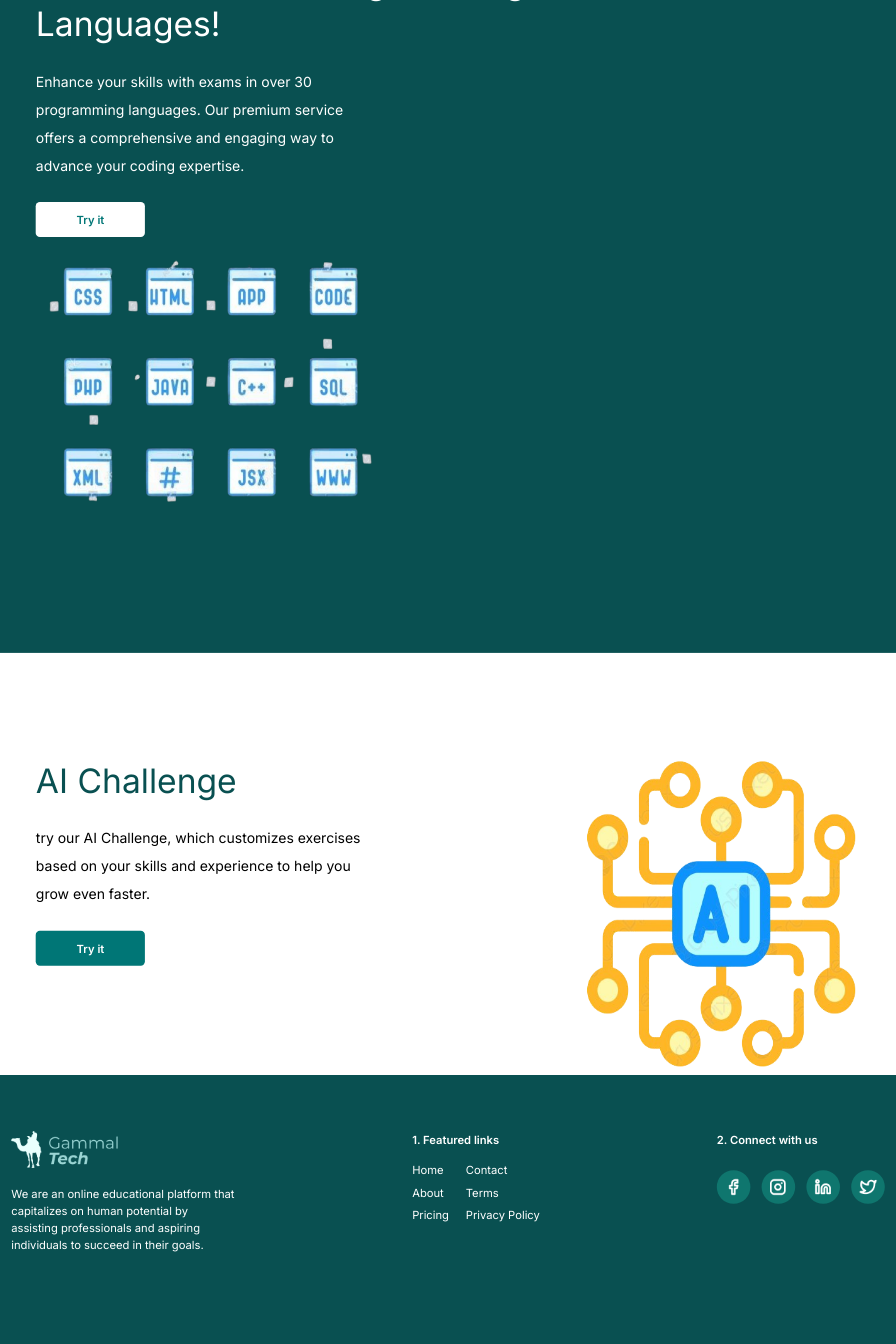
Repository: Ahmed77669/Internship-test
Page: /
These files come from the project's save history. The page is drawn as it stood at one moment and after the next save; the edit follows.
The browser window is 1280 px wide. The pictures show the part of the page from y = 1064 to 2984 px (the page is 2984 px tall before and 2930 px after), at 70% of full size.
The project was rebuilt for these pictures with package versions that can differ from the ones it lists, and the page was loaded fresh each time. The framework's server and built-in components were replaced by stand-ins that run in the browser. Also part of the build but not shown: next.config.mjs.

Above is the page before, as saved 2024-10-13 19:54:02.

After the next save:
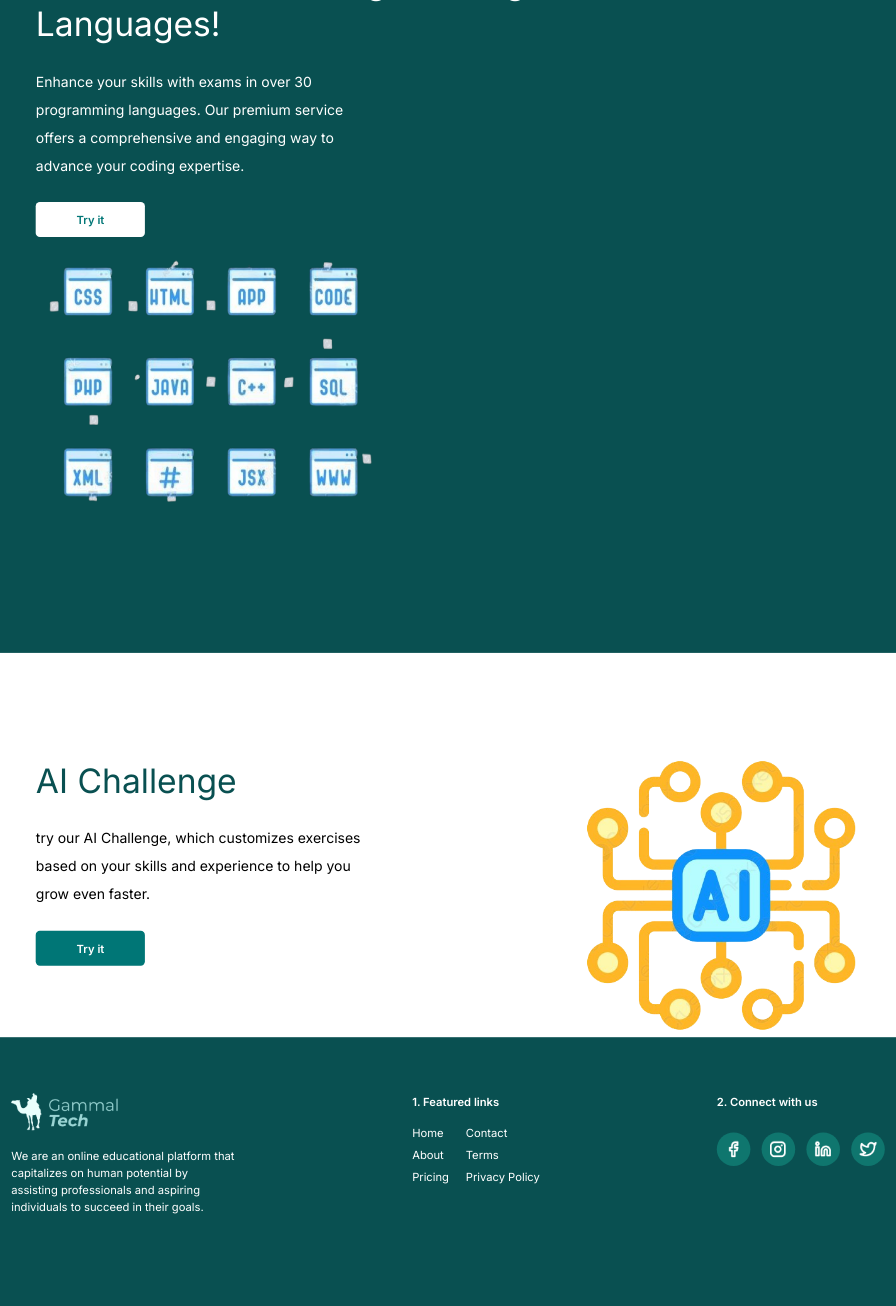
Saved 10 s later.
--- a/components/Home_1.tsx
+++ b/components/Home_1.tsx
@@ -90,7 +90,7 @@
             Try it
           </button>
         </div>
-        <div className="rounded-md w-[400px] h-[450px] flex flex-wrap">
+        <div className="rounded-md w-[400px] flex flex-wrap">
           <Image src={AI} alt="programming languages photo" />
           {/* </div> */}
         </div>
